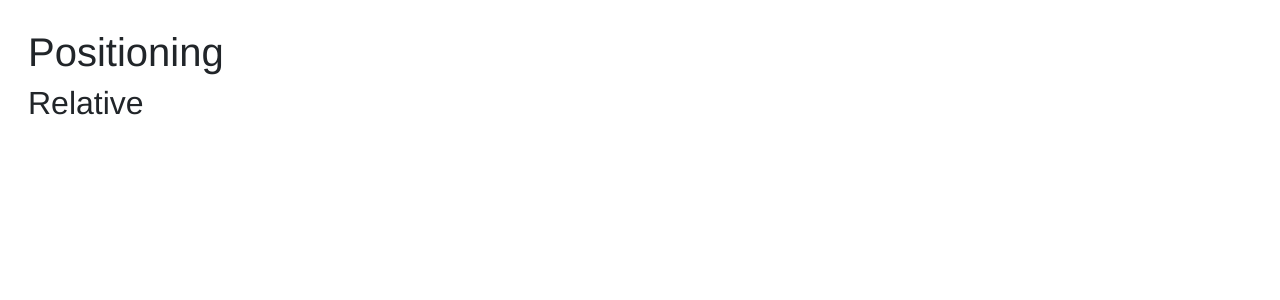
Repository: alboss/bit-175
Page: docs/positioning.html
An editor plug-in stored every save of this project. The page is shown before and after the next save, followed by the edit.
The browser window is 1280 px wide. The pictures show the whole page.

Above is the page before, as saved 2023-04-24 11:33:16.

### docs/positioning.html
<!DOCTYPE html>
<html lang="en">
  <head>
    <meta charset="UTF-8" />
    <meta http-equiv="X-UA-Compatible" content="IE=edge" />
    <meta name="viewport" content="width=device-width, initial-scale=1.0" />

    <!-- Bootstrap CSS -->
    <link
      href="https://cdn.jsdelivr.net/npm/bootstrap@5.3.0-alpha3/dist/css/bootstrap.min.css"
      rel="stylesheet"
      integrity="sha384-KK94CHFLLe+nY2dmCWGMq91rCGa5gtU4mk92HdvYe+M/SXH301p5ILy+dN9+nJOZ"
      crossorigin="anonymous" />
    <!-- Bootstrap JS -->
    <script
      src="https://cdn.jsdelivr.net/npm/bootstrap@5.3.0-alpha3/dist/js/bootstrap.bundle.min.js"
      integrity="sha384-ENjdO4Dr2bkBIFxQpeoTz1HIcje39Wm4jDKdf19U8gI4ddQ3GYNS7NTKfAdVQSZe"
      crossorigin="anonymous"></script>
    <link href="../styles/styles.css" rel="stylesheet" type="text/css" />
    <base target="example-page" />

    <title>Positioning</title>
    <style></style>
  </head>
  <body>
    <div id="everything">
    <header>
    <h1>Positioning</h1>
    </header>
    <main>
      <div id="thing-1">
        <h2>Relative</h2>
        <div id="thing-1-a">
          <div id="thing-1-a-a"></div>
        </div>
        <div id="thing-1-b"></div>
        <div id="thing-1-c"></div>
      </div>
      <div id="thing-2-a">
          <div id="thing-2-a-a"></div>
        </div>
        <div id="thing-2-b"></div>
        <div id="thing-2-c"></div>
      </div>
       <div id="thing-3-a">
          <div id="thing-3-a-a"></div>
        </div>
        <div id="thing-3-b"></div>
        <div id="thing-3-c"></div>
      </div>
    </main>
    </div>
  </body>
</html>

### docs/styles/styles.css
body {
  font-family: Helvetica, Arial, Sans-serif;
  font-size: 14px;
  padding: 2em;
}
#description {
  border: 2px solid #999;
  padding: 2em;
  margin: 2em;
}
#lead {
  font-size: 1.2em;
  color: #666;
}
.highlight {
  background-color: yellow;
  font-weight: bold;
}

nav.top ul {
  display: flex;
}
nav.top ul li {
  margin: 0px;
  padding: 10px 25px;
  border-inline: 2px solid #333;
  margin-left: -2px;
  background-color: cornsilk;
  list-style: none;
}
nav.top ul li:hover {
  background-color: blanchedalmond;
  list-style: none;
  display: block;
}

After the next save:
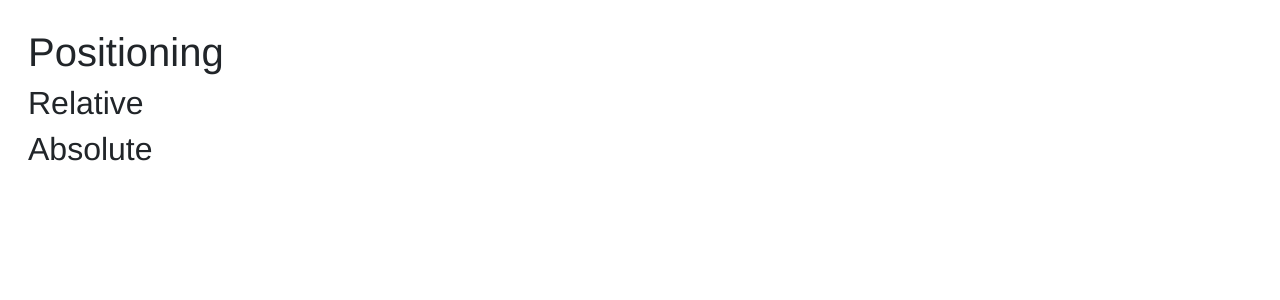
Saved 22 s later.
--- a/docs/positioning.html
+++ b/docs/positioning.html
@@ -37,6 +37,7 @@
         <div id="thing-1-c"></div>
       </div>
       <div id="thing-2-a">
+        <h2>Absolute</h2>
           <div id="thing-2-a-a"></div>
         </div>
         <div id="thing-2-b"></div>
